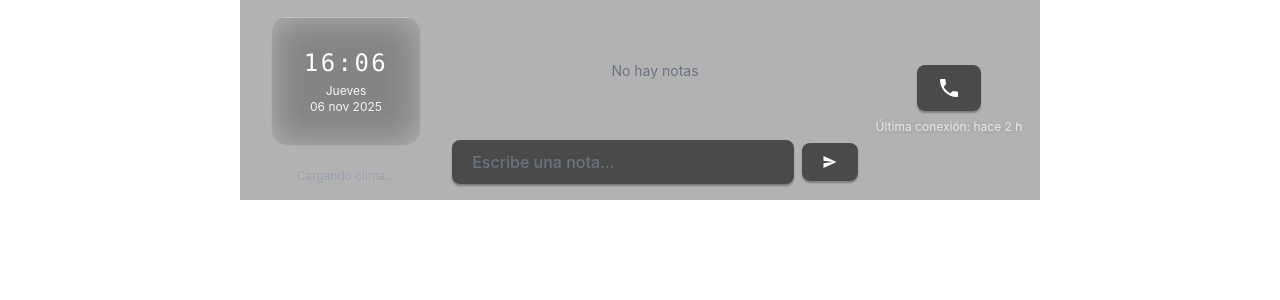
Repository: CodeByEvans/my-romantic-widget
Page: /
These files come from the project's save history. The page is drawn as it stood at one moment and after the next save; the edit follows.
The browser window is 1280 px wide. The pictures show the whole page.
The page's requests for data from a server got no answer. The project was rebuilt for these pictures with package versions that can differ from the ones it lists, and the page was loaded fresh each time. No one was signed in, and anything a server would have sent is missing. Also part of the build but not shown: vite.config.ts.

Above is the page before, as saved 2025-11-07 13:17:22.

After the next save:
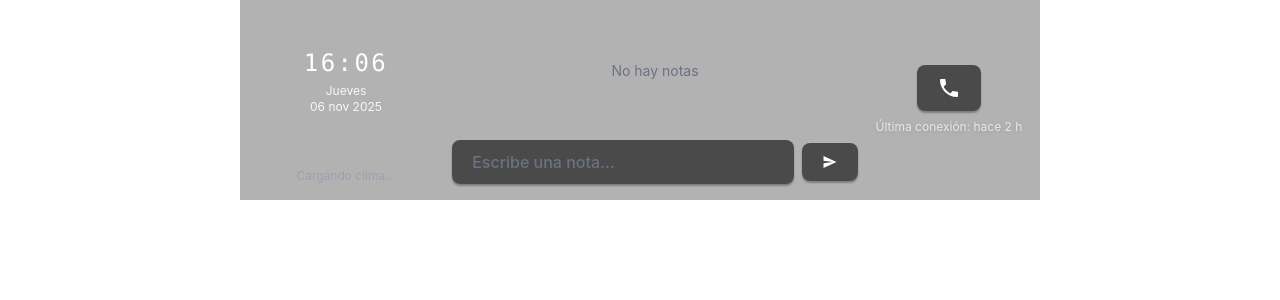
Saved 53 s later.
--- a/src/App.css
+++ b/src/App.css
@@ -101,37 +101,3 @@ a:hover {
 h1 {
   text-align: center;
 }
-
-.theme-glass {
-  border-radius: 16px;
-  border: 1px solid rgba(255, 255, 255, 0.15);
-  background: rgba(255, 255, 255, 0.05);
-  backdrop-filter: blur(18px) saturate(160%);
-  position: relative;
-  overflow: hidden;
-}
-
-/* Capa de brillo sutil */
-.theme-glass::before {
-  content: "";
-  position: absolute;
-  inset: 0;
-  background: rgba(255, 255, 255, 0.1);
-  opacity: 0;
-  transition: opacity 0.5s;
-}
-
-.theme-glass:hover::before {
-  opacity: 0.2;
-}
-
-/* Reflejo superior */
-.theme-glass::after {
-  content: "";
-  position: absolute;
-  top: 0;
-  left: 0;
-  right: 0;
-  height: 1px;
-  background: rgba(255, 255, 255, 0.4);
-}

After the save that followed:
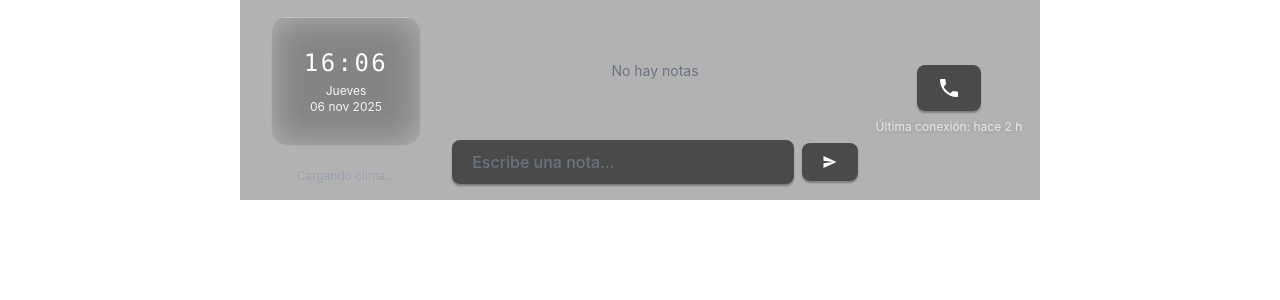
Saved 7 s later.
--- a/src/App.css
+++ b/src/App.css
@@ -101,3 +101,37 @@ a:hover {
 h1 {
   text-align: center;
 }
+
+.theme-glass {
+  border-radius: 16px;
+  border: 1px solid rgba(255, 255, 255, 0.15);
+  background: rgba(255, 255, 255, 0.05);
+  backdrop-filter: blur(18px) saturate(160%);
+  position: relative;
+  overflow: hidden;
+}
+
+/* Capa de brillo sutil */
+.theme-glass::before {
+  content: "";
+  position: absolute;
+  inset: 0;
+  background: rgba(255, 255, 255, 0.1);
+  opacity: 0;
+  transition: opacity 0.5s;
+}
+
+.theme-glass:hover::before {
+  opacity: 0.2;
+}
+
+/* Reflejo superior */
+.theme-glass::after {
+  content: "";
+  position: absolute;
+  top: 0;
+  left: 0;
+  right: 0;
+  height: 1px;
+  background: rgba(255, 255, 255, 0.4);
+}
